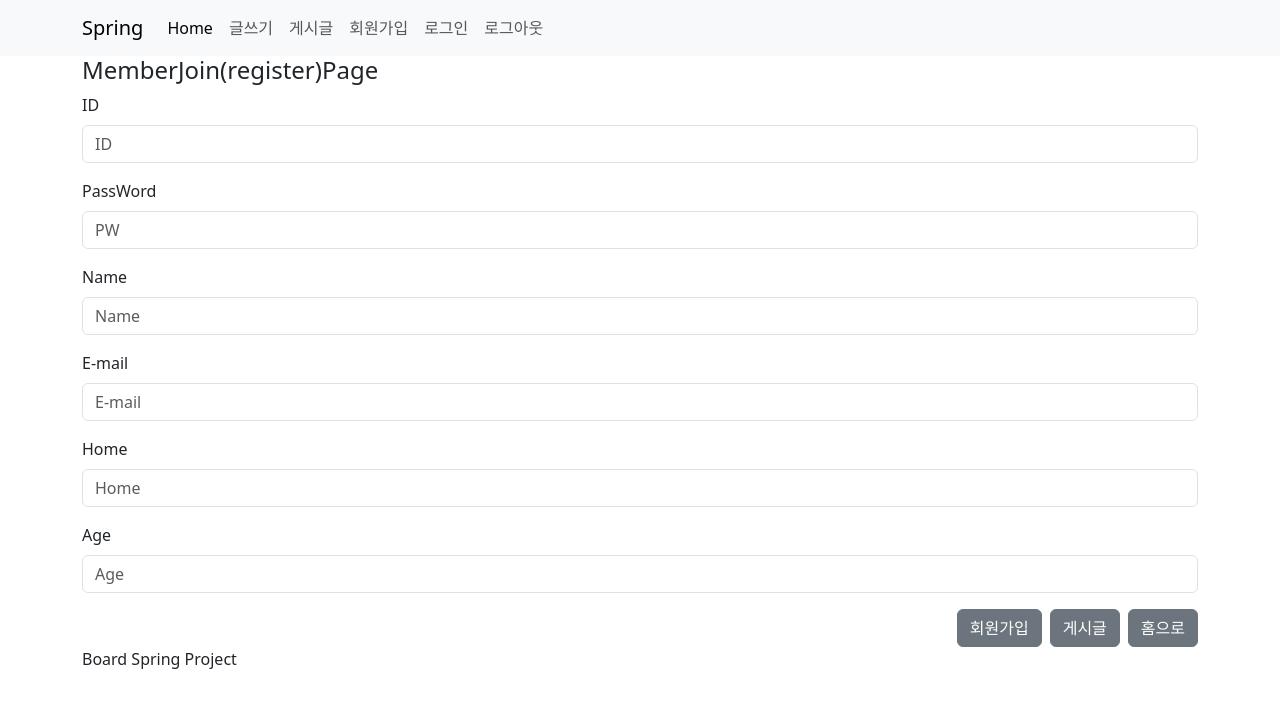
Repository: dasberaht/240430_SPRING_PROJECT
Page: http://localhost/spring_study/WEB-INF/views/member/register.jsp
An editor plug-in stored every save of this project. The page is shown before and after a run of saves, followed by the edit.
The browser window is 1280 px wide. The pictures show the whole page.
The page is served by Tomcat 9. Nobody is signed in. The template is opened directly, without the code that normally fills it, so the values that code supplies are empty.

Above is the page before, as saved 2024-04-25 05:52:44.

### spring_study/src/main/webapp/WEB-INF/views/member/register.jsp
<%@ page language="java" contentType="text/html; charset=UTF-8"
    pageEncoding="UTF-8"%>

<jsp:include page="../layout/header.jsp" />
	<div class="container-md">
		<h4>MemberJoin(register)Page</h4>
		<div>
		<form action="" method="post">
			<div class="mb-3">
			  <label for="i" class="form-label">ID</label>
			  <input type="text" class="form-control" name="id" id="i" placeholder="ID">
			</div>
			<div class="mb-3">
			  <label for="p" class="form-label">PassWord</label>
			  <input type="text" class="form-control" name="pw" id="p" placeholder="PW">
			</div>
			<div class="mb-3">
			  <label for="n" class="form-label">Name</label>
			  <input type="text" class="form-control" name="name" id="n" placeholder="Name">
			</div>
			<div class="mb-3">
			  <label for="e" class="form-label">E-mail</label>
			  <input type="text" class="form-control" name="email" id="e" placeholder="E-mail">
			</div>
			<div class="mb-3">
			  <label for="h" class="form-label">Home</label>
			  <input type="text" class="form-control" name="home" id="h" placeholder="Home">
			</div>
			<div class="mb-3">
			  <label for="a" class="form-label">Age</label>
			  <input type="text" class="form-control" name="age" id="a" placeholder="Age">
			</div>


			<div class="d-grid gap-2 d-md-flex justify-content-md-end">
			<button type="submit" class="btn btn-secondary">회원가입</button>
			<a href="/board/list"><button type="button" class="btn btn-secondary">게시글</button></a>
			<a href="index"><button type="button" class="btn btn-secondary">홈으로</button></a>
			</div>
		</form>
	</div>
	</div>
<jsp:include page="../layout/footer.jsp" />

### spring_study/src/main/webapp/WEB-INF/views/layout/header.jsp
<%@ page language="java" contentType="text/html; charset=UTF-8"
    pageEncoding="UTF-8"%>
<!DOCTYPE html>
<html>
<head>
<meta charset="UTF-8">
<title>header.jsp</title>
<link href="https://cdn.jsdelivr.net/npm/bootstrap@5.3.3/dist/css/bootstrap.min.css" rel="stylesheet" integrity="sha384-QWTKZyjpPEjISv5WaRU9OFeRpok6YctnYmDr5pNlyT2bRjXh0JMhjY6hW+ALEwIH" crossorigin="anonymous">
<script src="https://cdn.jsdelivr.net/npm/bootstrap@5.3.3/dist/js/bootstrap.bundle.min.js" integrity="sha384-YvpcrYf0tY3lHB60NNkmXc5s9fDVZLESaAA55NDzOxhy9GkcIdslK1eN7N6jIeHz" crossorigin="anonymous"></script>
</head>
<body>
<!-- 부트스트랩 네비게이션 바 참고 -->
<nav class="navbar navbar-expand-lg bg-body-tertiary">
  <!-- <div class="container-fluid"> -->
  <div class="container-md">
    <a class="navbar-brand" href="#">Spring</a>
    <button class="navbar-toggler" type="button" data-bs-toggle="collapse" data-bs-target="#navbarSupportedContent" aria-controls="navbarSupportedContent" aria-expanded="false" aria-label="Toggle navigation">
      <span class="navbar-toggler-icon"></span>
    </button>
    <div class="collapse navbar-collapse" id="navbarSupportedContent">
      <ul class="navbar-nav me-auto mb-2 mb-lg-0">
        <li class="nav-item">
          <a class="nav-link active" aria-current="page" href="/">Home</a>
        </li>
        <li class="nav-item">
          <a class="nav-link" href="/board/register">글쓰기</a>
        </li>
        <li class="nav-item">
          <a class="nav-link" href="/board/list">게시글</a>
        </li>
        <li class="nav-item">
          <a class="nav-link" href="#">회원가입</a>
        </li>
        <li class="nav-item">
          <a class="nav-link" href="#">로그인</a>
        </li>
        <li class="nav-item">
          <a class="nav-link" href="#">로그아웃</a>
        </li>
      </ul>
    </div>
  </div>
</nav>

### spring_study/src/main/webapp/WEB-INF/views/layout/footer.jsp
<%@ page language="java" contentType="text/html; charset=UTF-8"
    pageEncoding="UTF-8"%>
<!DOCTYPE html>

<title>footer.jsp</title>
	<div class="container-md">
		Board Spring Project ${serverTime }
	</div>

</body>
</html>

After the next 2 saves:
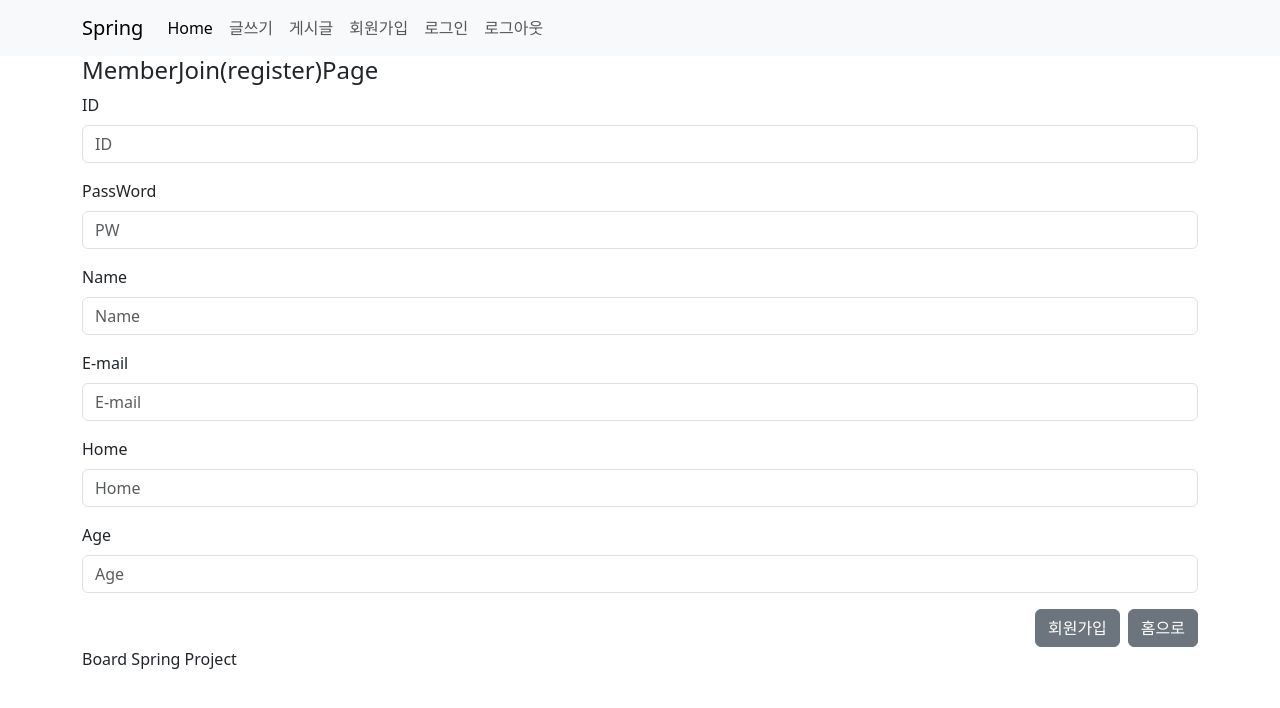
The 2 saves are shown as one change because they came seconds apart.
The last was saved 13 s later.
--- a/spring_study/src/main/webapp/WEB-INF/views/member/register.jsp
+++ b/spring_study/src/main/webapp/WEB-INF/views/member/register.jsp
@@ -31,10 +31,8 @@
 			  <input type="text" class="form-control" name="age" id="a" placeholder="Age">
 			</div>
 
-
 			<div class="d-grid gap-2 d-md-flex justify-content-md-end">
 			<button type="submit" class="btn btn-secondary">회원가입</button>
-			<a href="/board/list"><button type="button" class="btn btn-secondary">게시글</button></a>
 			<a href="index"><button type="button" class="btn btn-secondary">홈으로</button></a>
 			</div>
 		</form>
